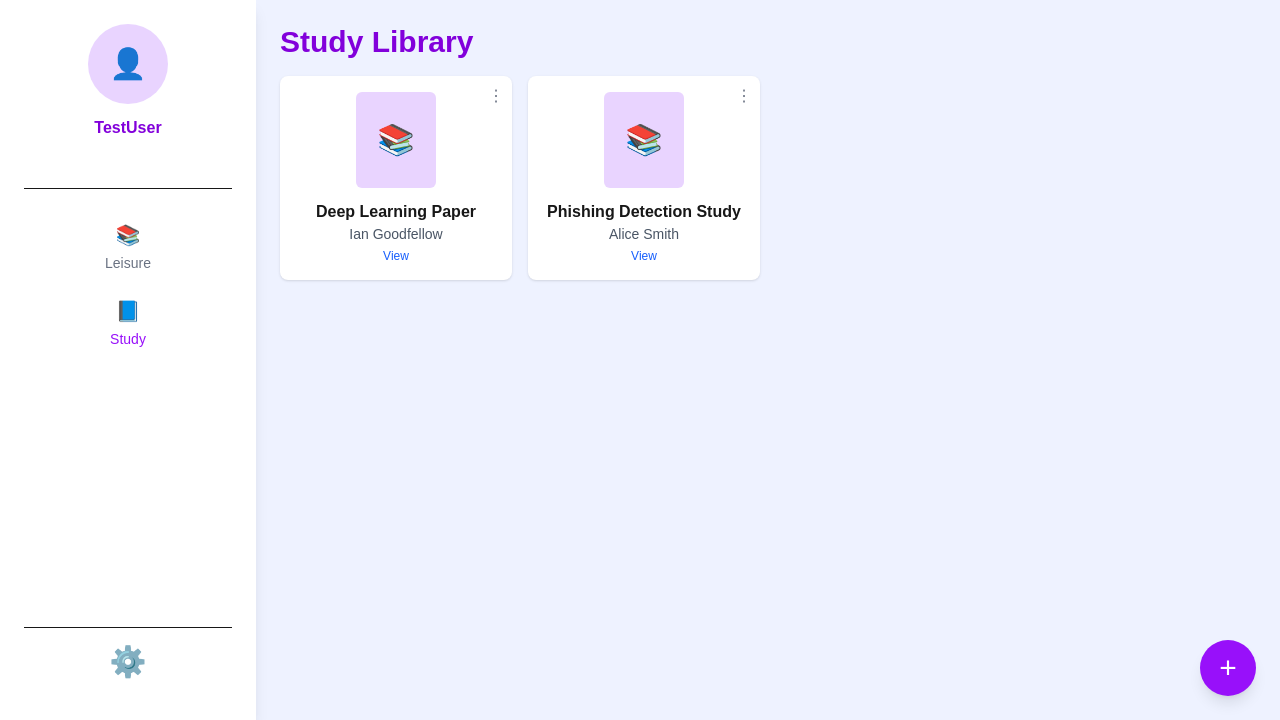
Repository: ramosfranz/bookie
Page: /dashboard
These files come from the project's save history. The page is drawn as it stood at one moment and after the next save; the edit follows.
The browser window is 1280 px wide. The pictures show the whole page.
The project was rebuilt for these pictures with package versions that can differ from the ones it lists, and the page was loaded fresh each time. The framework's server and built-in components were replaced by stand-ins that run in the browser. Also part of the build but not shown: next.config.ts.

Above is the page before, as saved 2025-11-17 00:41:46.

After the next save:
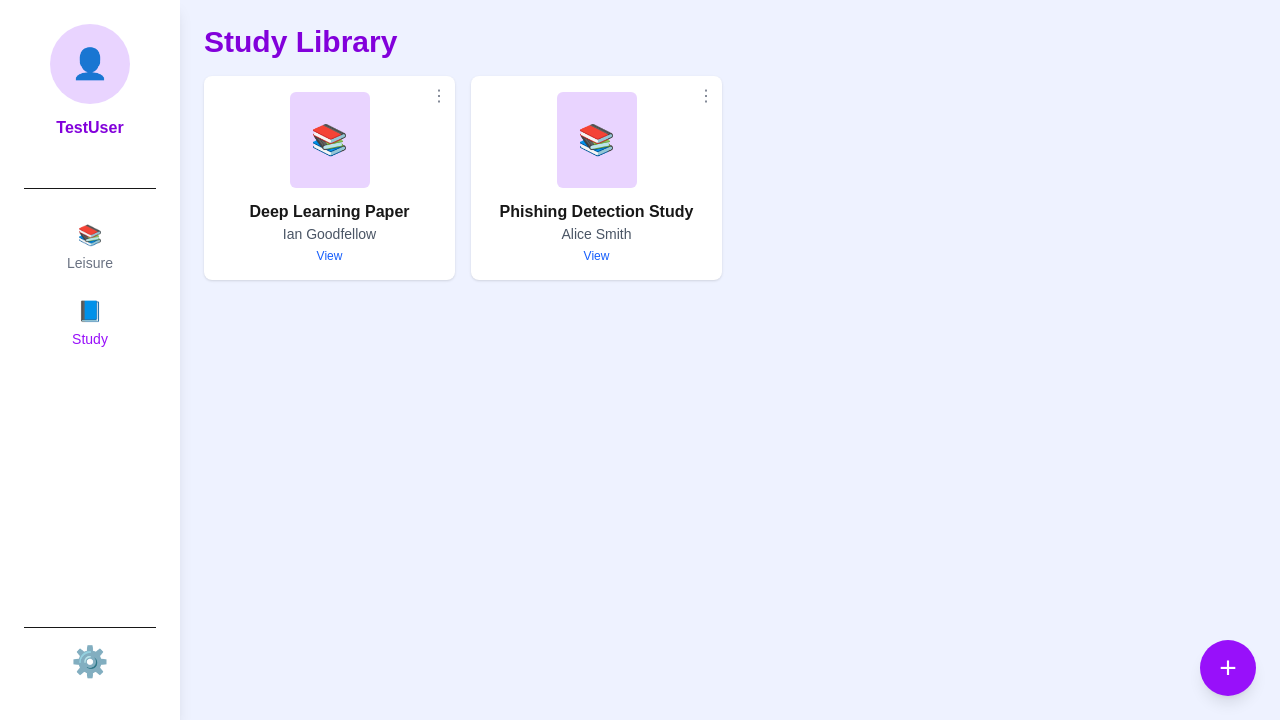
Saved 5 min 45 s later.
--- a/src/app/dashboard/page.tsx
+++ b/src/app/dashboard/page.tsx
@@ -96,7 +96,7 @@ const [confirmDelete, setConfirmDelete] = useState<{ id: string; title: string }
   <div className="min-h-screen bg-indigo-50 flex">
 
     {/* LEFT SIDEBAR */}
-    <aside className="w-1/5 min-w-[180px] bg-white shadow-lg p-6 flex flex-col items-center">
+    <aside className="w-[10%] min-w-[180px] bg-white shadow-lg p-6 flex flex-col items-center">
 
       {/* Profile Section */}
       <div className="mb-8 flex flex-col items-center">
